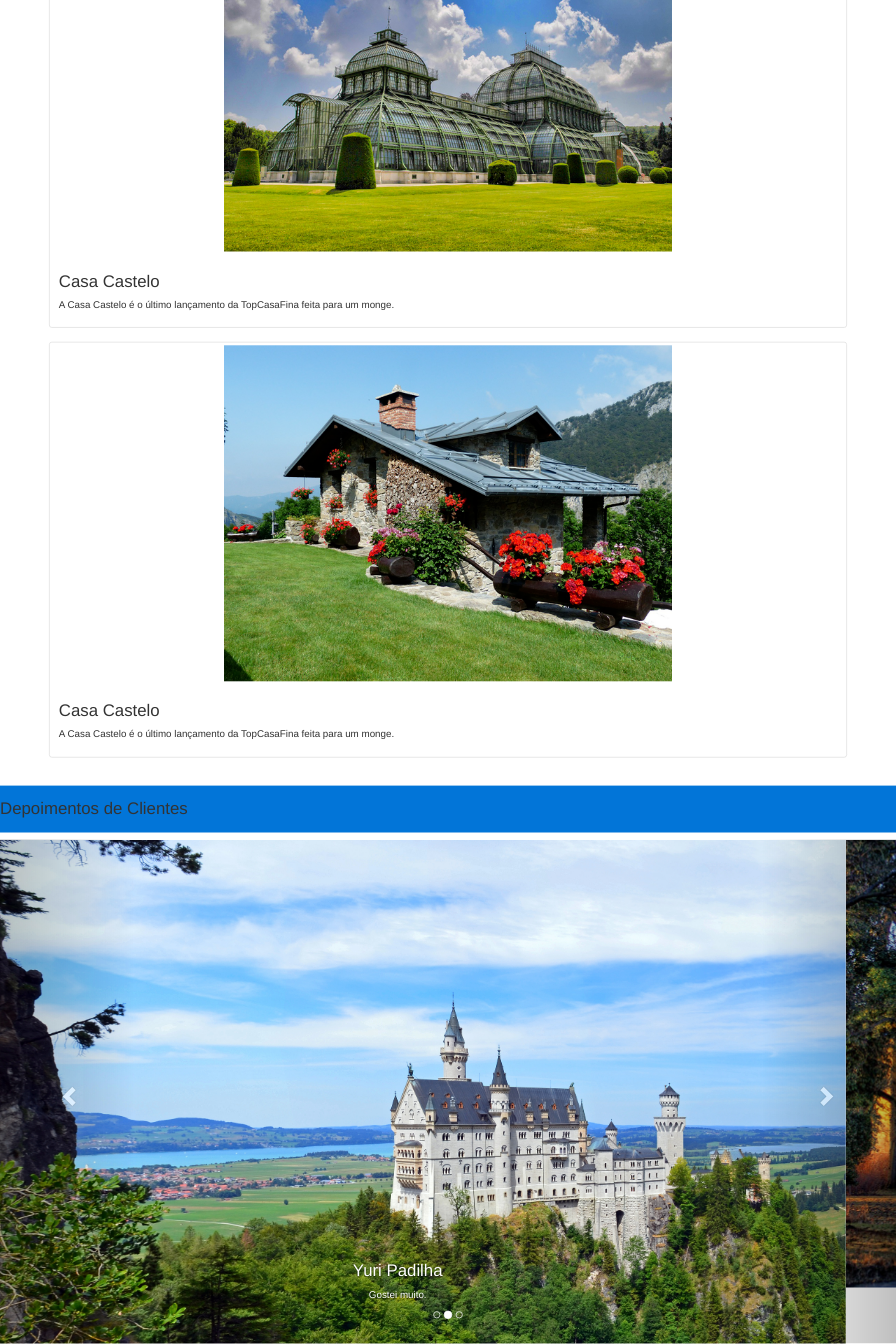
Repository: daviemer/bootstrap-alura
Page: index2.html
The author's editor kept a copy of each file at every save. The page is drawn from the files as they stood at one save, then again after the next save.
The browser window is 1280 px wide. The pictures show the part of the page from y = 3245 to 5165 px (the page is 5165 px tall), at 70% of full size.

Above is the page before, as saved 2022-07-12 19:43:11.

After the next save:
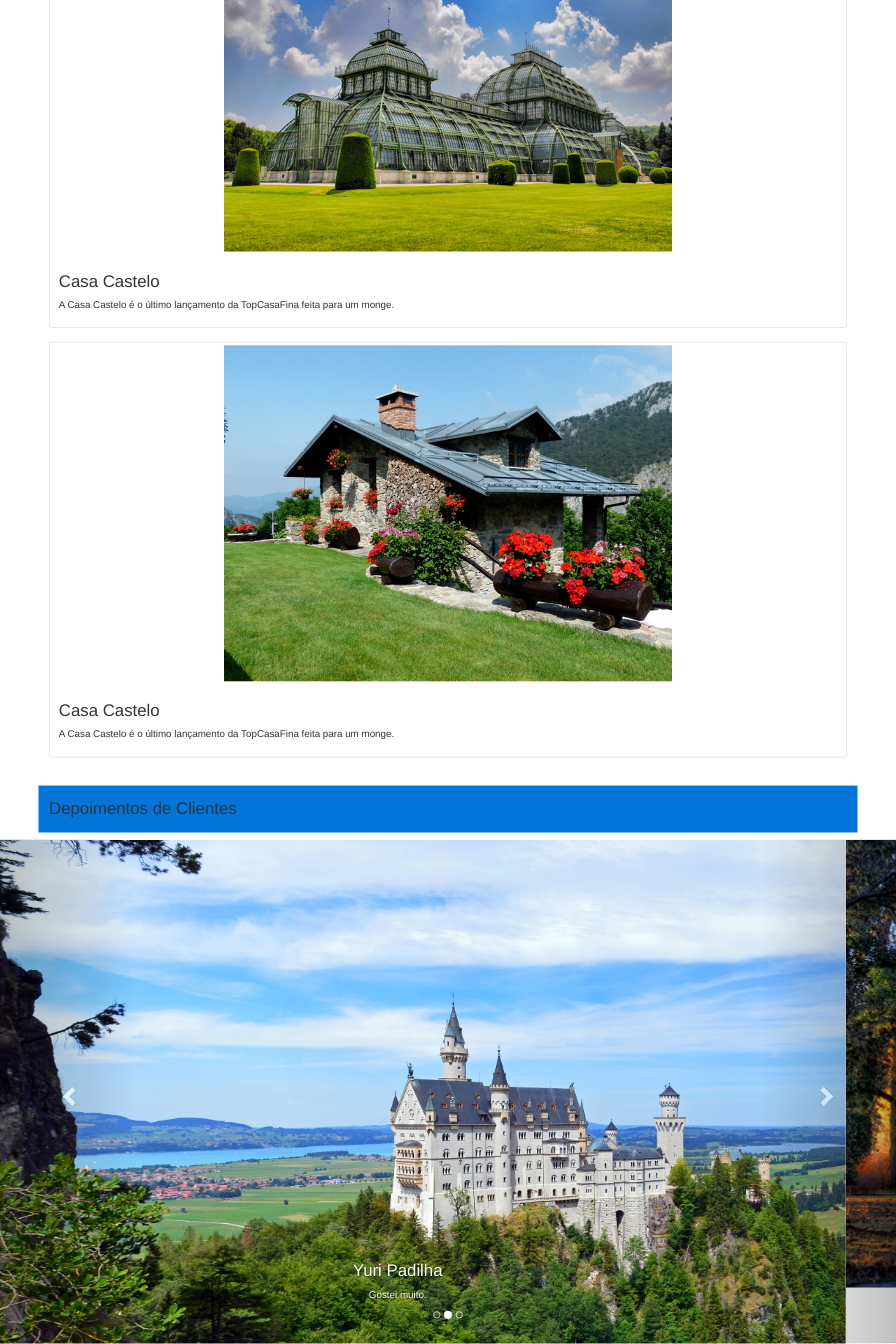
Saved 29 s later.
--- a/index2.html
+++ b/index2.html
@@ -108,7 +108,7 @@
     </figure>
   </section>
 
-  <h3 class="titulo-depoimentos">Depoimentos de Clientes</h3>
+  <h3 class=" container titulo-depoimentos">Depoimentos de Clientes</h3>
 
   <div id="carousel-example-generic" class="carousel slide" data-ride="carousel">
     <!-- Indicators -->
